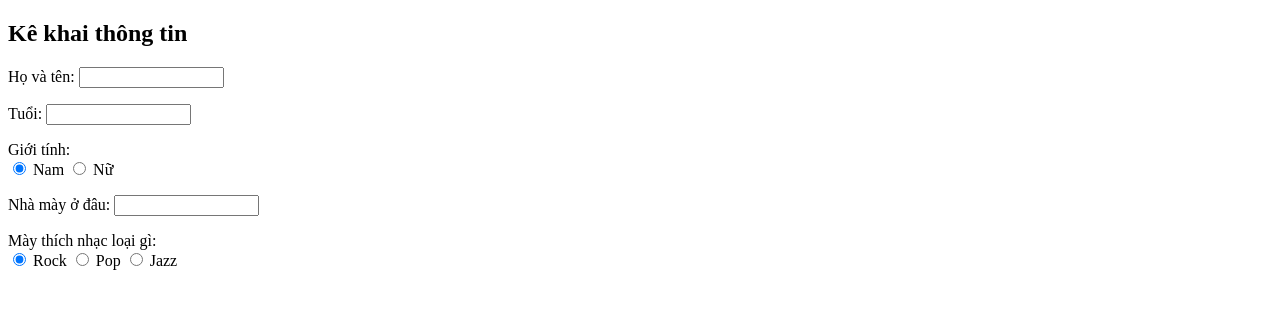
Repository: Helianthusss/Learn-CPP
Page: HTML/btvn22/bai1/bieumau.html
An editor plug-in stored every save of this project. The page is shown before and after the next save, followed by the edit.
The browser window is 1280 px wide. The pictures show the whole page.

Above is the page before, as saved 2021-09-22 13:18:10.

After the next save:
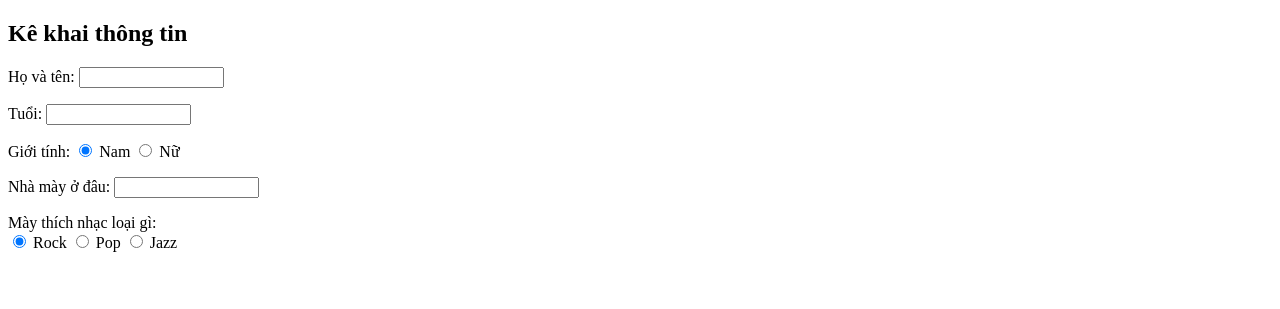
Saved 7 s later.
--- a/HTML/btvn22/bai1/bieumau.html
+++ b/HTML/btvn22/bai1/bieumau.html
@@ -18,7 +18,7 @@
         <input type="password" name="password" size="15" maxlength="30" />
       </p>
       <p>
-        Giới tính:<br />
+        Giới tính:
         <input type="radio" name="genre" value="rock" checked="checked" /> Nam
         <input type="radio" name="genre" value="pop" />
         Nữ
